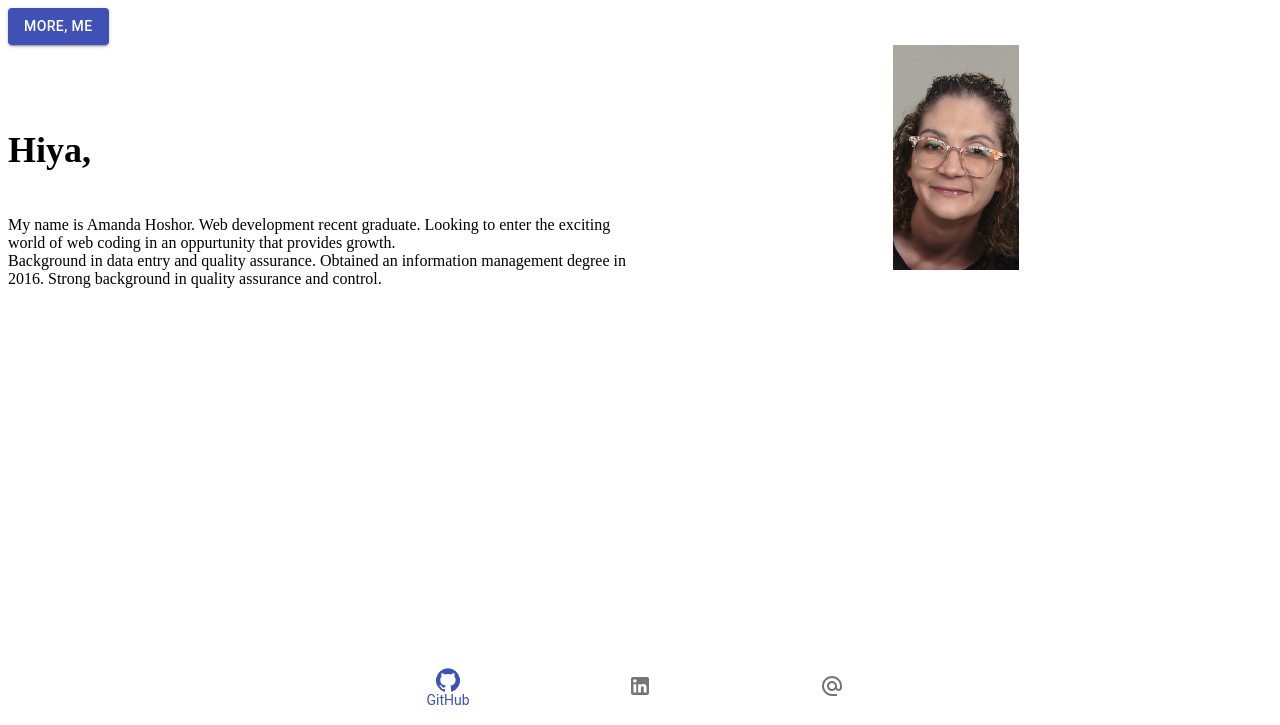
Repository: mandahos/hoshor
Page: /
An editor plug-in stored every save of this project. The page is shown before and after the next save, followed by the edit.
The browser window is 1280 px wide. The pictures show the whole page.
The project was rebuilt for these pictures with package versions that can differ from the ones it lists, and the page was loaded fresh each time. Also part of the build but not shown: src/components/Portfolio/index.js, src/components/Resume/index.js. Imported but missing from the stored project, and not drawn on this page: src/assets/resume/Amanda_Hoshor_Resume.PDF, src/assets/resume/Resume_Hoshor (1).pdf.

Above is the page before, as saved 2021-08-18 00:05:46.

After the next save:
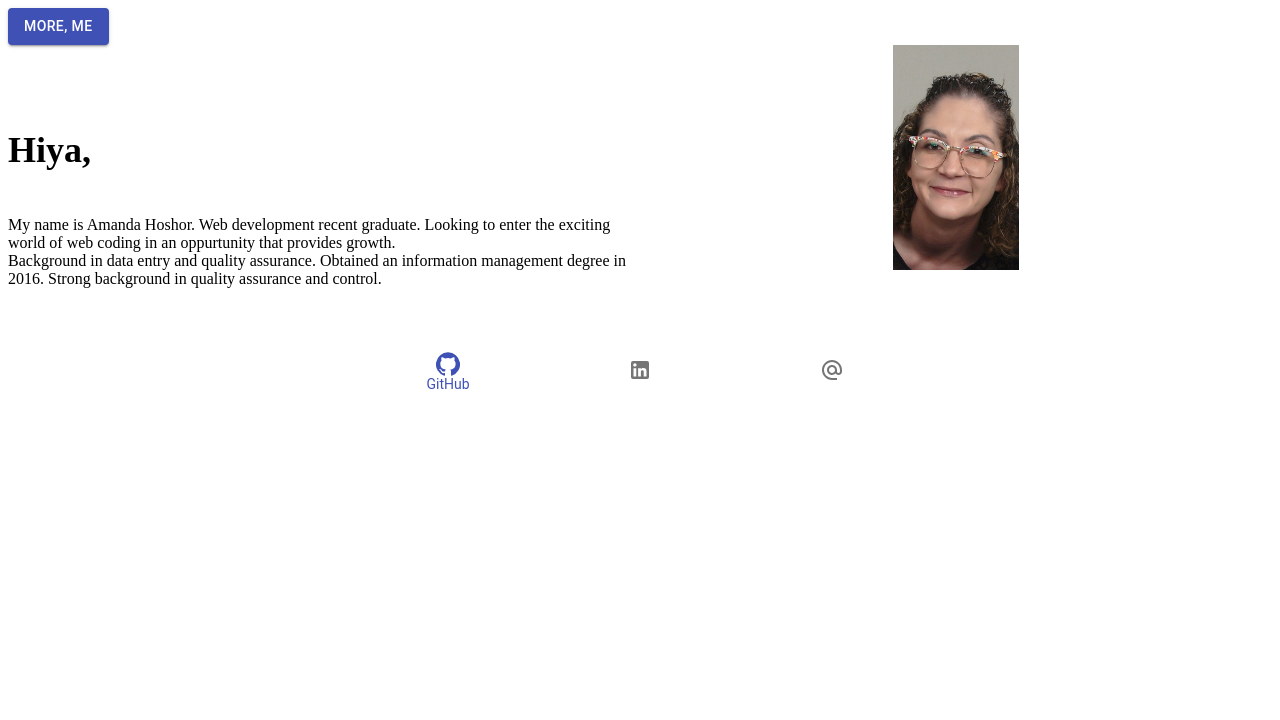
Saved 23 s later.
--- a/src/components/Footer/index.js
+++ b/src/components/Footer/index.js
@@ -5,7 +5,7 @@
 import LinkedInIcon from '@material-ui/icons/LinkedIn';
 import GitHubIcon from '@material-ui/icons/GitHub';
 import AlternateEmailIcon from '@material-ui/icons/AlternateEmail';
-import CSS from './footer.css'
+
 
 const useStyles = makeStyles({
   root: {

After the save that followed:
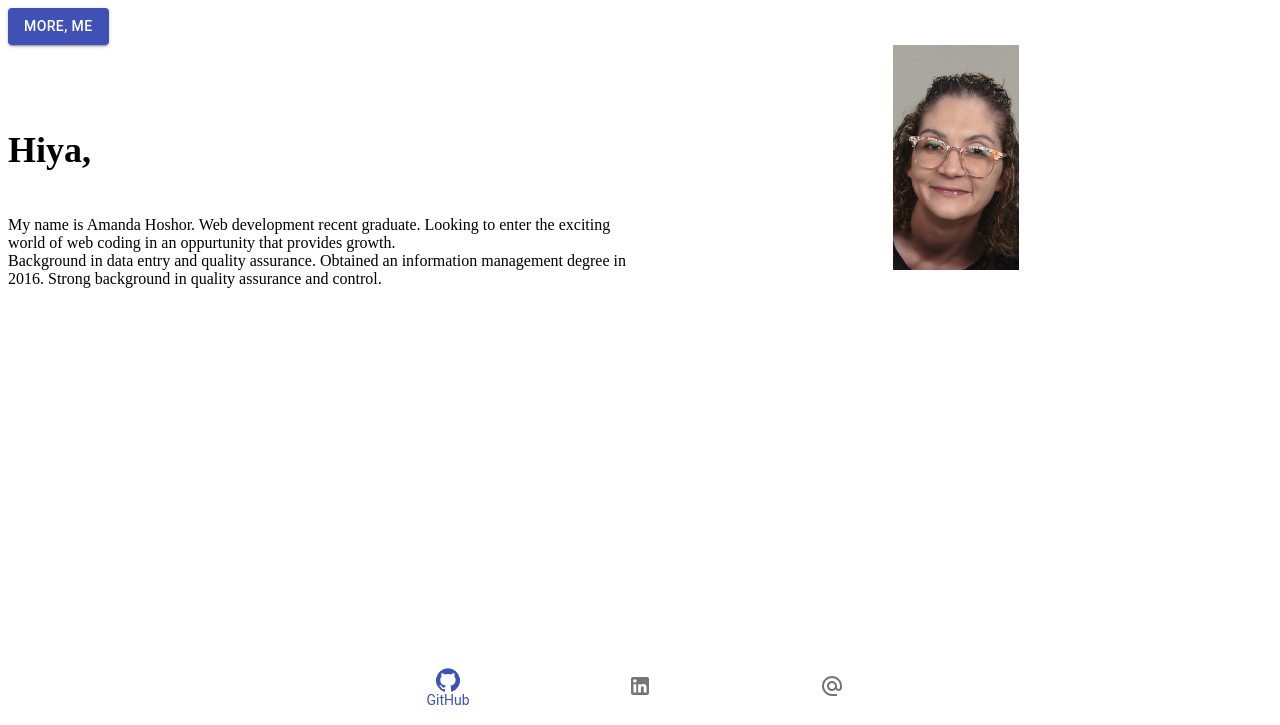
Saved 14 s later.
--- a/src/components/Footer/index.js
+++ b/src/components/Footer/index.js
@@ -5,7 +5,7 @@
 import LinkedInIcon from '@material-ui/icons/LinkedIn';
 import GitHubIcon from '@material-ui/icons/GitHub';
 import AlternateEmailIcon from '@material-ui/icons/AlternateEmail';
-
+import CSS from './footer.css'
 
 const useStyles = makeStyles({
   root: {
